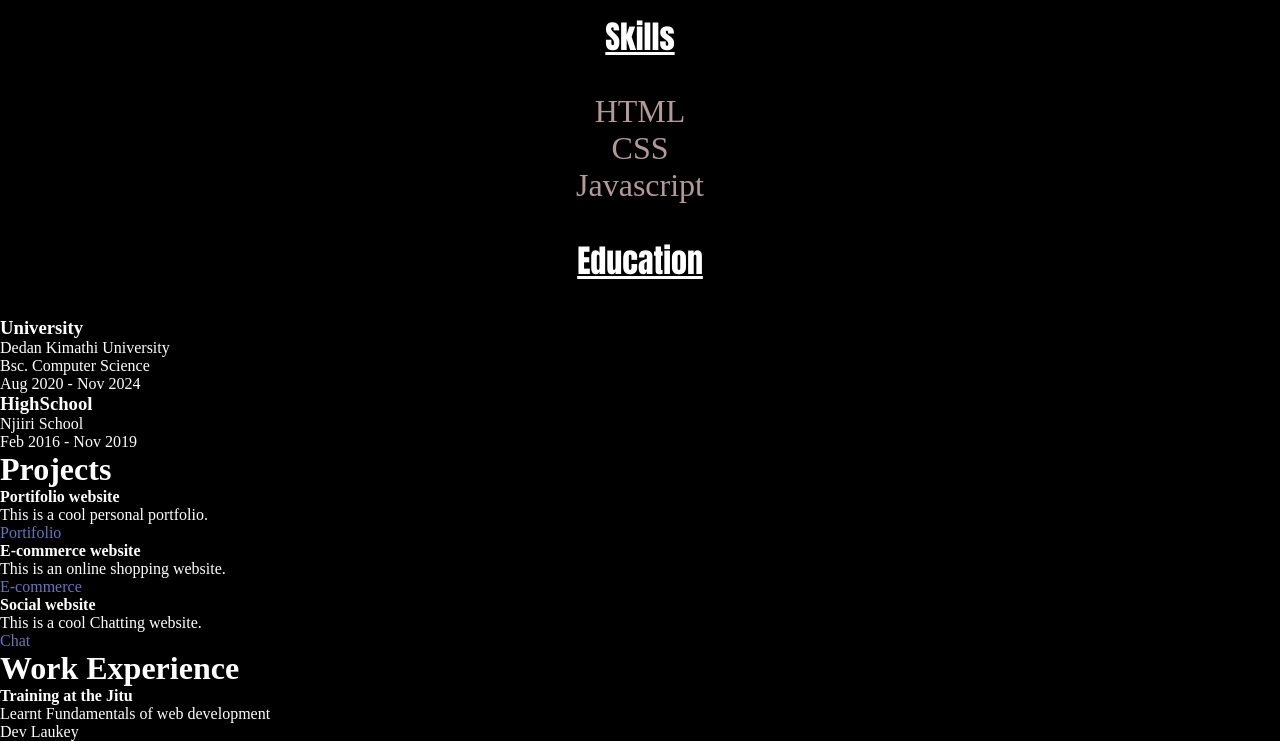
Repository: LaukeyMwaura/Jitu-Day-2
Page: index.html
The author's editor kept a copy of each file at every save. The page is drawn from the files as they stood at one save, then again after the next save.
The browser window is 1280 px wide. The pictures show the part of the page from y = 640 to 1396 px (the page is 1381 px tall before and 1396 px after).
A picture or video elsewhere on the page could not be fetched, so the positions and the page height are approximate.

Above is the page before, as saved 2022-05-12 00:33:19.

### index.html
<!DOCTYPE html>
<html lang="en">
  <head>
    <meta charset="UTF-8" />
    <meta http-equiv="X-UA-Compatible" content="IE=edge" />
    <meta name="viewport" content="width=device-width, initial-scale=1.0" />
    <title>First Site</title>
    <link rel="stylesheet" href="./style.css">
  </head>
  <body>
    <nav class="nav">
      <ul class="list" style="list-style-type: circle">
        <li><a href="#about">About </a></li>
        <li><a href="#skills">Skills </a></li>
        <li><a href="#education">Education </a></li>
        <li><a href="#projects">Projects </a></li>
        <li><a href="#work">Work </a></li>
      </ul>
    </nav>
    <div id="about">
      <h1 class="heading" id="about-me">About Me</h1>
      <div class="about">
        <p class="text">Music Lover

        </p>
        <br>
         <p class="text"> Programming Enthusiast.</p>
          <p class="text">Let's connect:</p>
      <ul class="links">
     <li><a class="link" target="_blank" href="https://devlaukey.netlify.com/">Website</a></li>

        <li> <a target="_blank" href="https://www.linkedin.com/in/devlaukey/"
        >LinkedIn</a
      ></li>
        <li>
      <a target="_blank" href="https://github.com/DevLaukey">Github</a></li>
      </ul>

      <img
        height="450"
        weight="450"
        src="https://devlaukey.netlify.app/uploads/me.jpeg"
        alt=""
      />

      </div>


    </div>
    <div id="skills" >
      <h1 class="heading">Skills</h1>
      <ul class="skills">
        <li id="html">HTML</li>
        <li>CSS</li>
        <li>Javascript</li>
      </ul>
    </div>

    <div class="education" id="education">
      <h1 class="heading">Education</h1>
      <div class="">
        <h3>University</h3>
        <p>Dedan Kimathi University</p>
        <p>Bsc. Computer Science</p>
        <p>Aug 2020 - Nov 2024</p>
      </div>
      <div>
        <h3>HighSchool</h3>
        <p>Njiiri School</p>
        <p>Feb 2016 - Nov 2019</p>
      </div>
    </div>
    <div class="project" id="projects">
      <h1>Projects</h1>
      <div class="project" >
        <h4>Portifolio website</h4>
        <p>This is a cool personal portfolio.</p>
        <a href="https://devlaukey.netlify.app/">Portifolio</a>
      </div>
      <div class="project">
        <h4>E-commerce website</h4>
        <p>This is an online shopping website.</p>
        <a href="https://victor-100.web.app/">E-commerce</a>
      </div>
      <div class="project">
        <h4>Social website</h4>
        <p>This is a cool Chatting website.</p>
        <a href="https://messenger-clone-70550.web.app/">Chat</a>
      </div>
    </div>
    <div id="work" class="work">
      <h1>Work Experience</h1>
      <div>
        <h4>Training at the Jitu</h4>
        <p>Learnt Fundamentals of web development</p>
      </div>
    </div>

    <footer>
      <p>Dev Laukey</p>
    </footer>
  </body>
</html>

### style.css
*{
    margin: 0;
    padding: 0;
    box-sizing: border-box;
}
body {
    background-color: black;
    color: white;
}
.about {
    font-family:Impact, Haettenschweiler, 'Arial Narrow Bold', sans-serifs;
}
.heading{
    text-decoration: underline;
    text-align: center;
    font-size: 2em;
    font-family:Impact, Haettenschweiler, 'Arial Narrow Bold', sans-serifs;
    margin: 1em;
}
.list{
    display: flex;
    text-align: center;
    justify-content: center;
    overflow: hidden;
}

.list>li{
    margin: 10px 5px ;
    font-size: 1.5rem;
    padding: 10px 10px 0 10px;
    font-family: 'Courier New', Courier, monospace;

}
li{
    list-style: none;
}
.links{
    padding:10px;

}
a{
    text-decoration: none;
    color: rgb(102, 118, 190);

}

.text {
    font-size: 1.5em;
    font-family: 'Lucida Sans', 'Lucida Sans Regular', 'Lucida Grande', 'Lucida Sans Unicode', Geneva, Verdana, sans-serif;
}

.about{
    display: flex;

    justify-content: space-evenly;
}


.skills {
    color: rgb(180, 153, 153);
    text-align: center;
    font-size: 2rem;
}

After the next save:
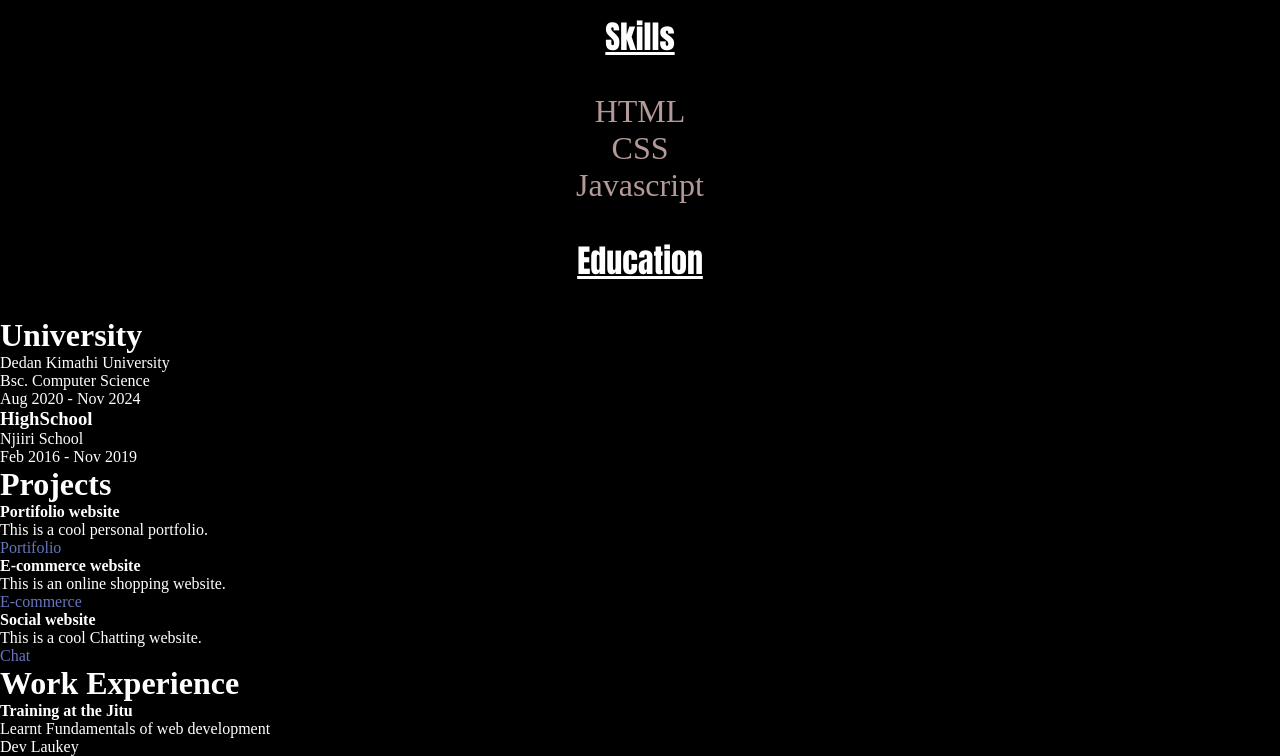
Saved 6 s later.
--- a/index.html
+++ b/index.html
@@ -59,7 +59,7 @@
     <div class="education" id="education">
       <h1 class="heading">Education</h1>
       <div class="">
-        <h3>University</h3>
+        <h1>University</h1>
         <p>Dedan Kimathi University</p>
         <p>Bsc. Computer Science</p>
         <p>Aug 2020 - Nov 2024</p>
